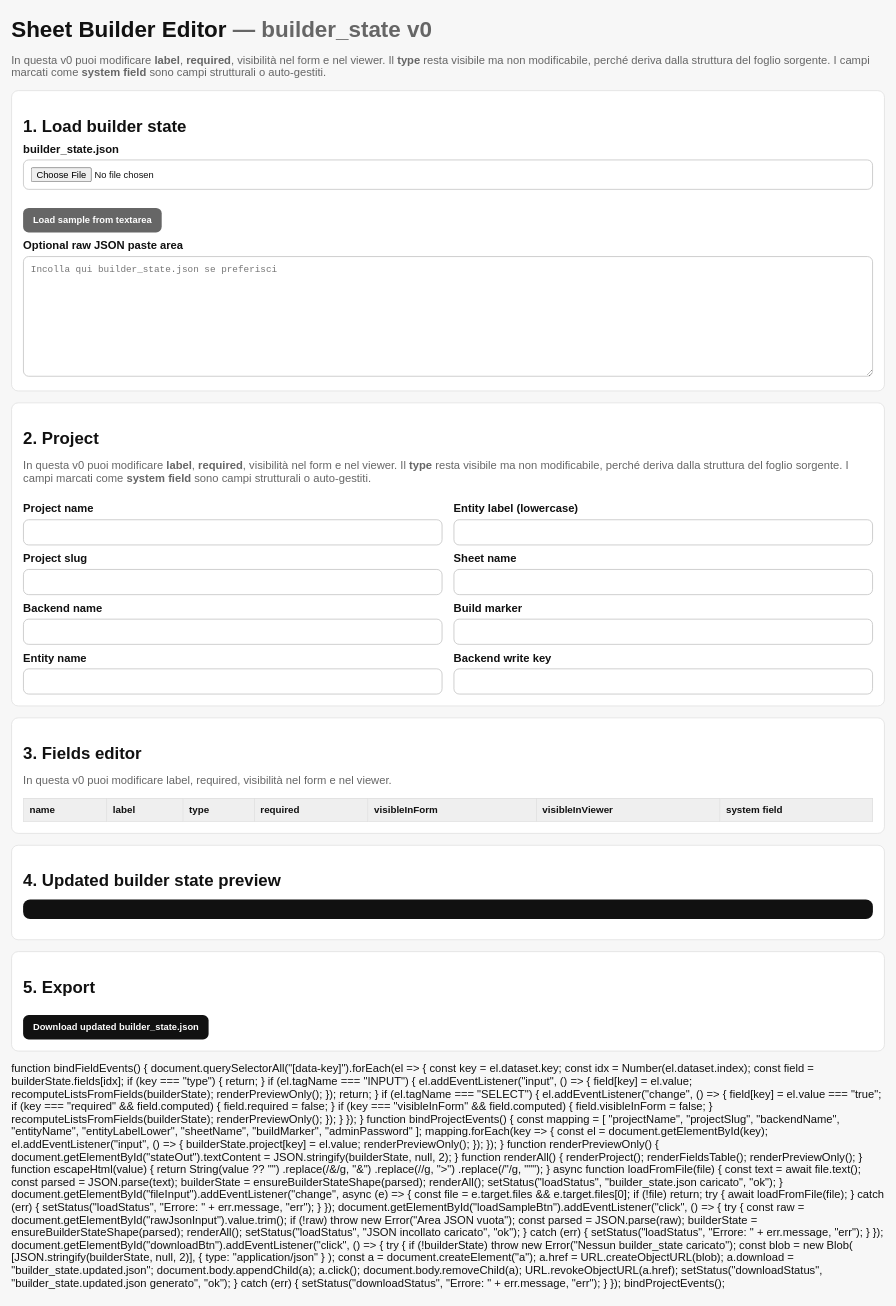
Repository: progettazionemauro/sheets.builder
Page: docs/builder.html
The author's editor kept a copy of each file at every save. The page is drawn from the files as they stood at one save, then again after a run of saves.
The browser window is 1280 px wide. The pictures show the whole page, at 70% of full size.

Above is the page before, as saved 2026-04-13 19:50:25.
Console error: SyntaxError: Unexpected token '<'

### docs/builder.html
<!doctype html>
<html lang="it">
<head>
  <meta charset="utf-8" />
  <meta name="viewport" content="width=device-width, initial-scale=1" />
  <title>Sheet Builder Editor</title>
  <style>
    body {
      font-family: Arial, sans-serif;
      max-width: 1280px;
      margin: 24px auto;
      padding: 0 16px;
      background: #f7f7f7;
      color: #111;
    }

    h1, h2, h3 {
      margin-bottom: 8px;
    }

    .muted {
      color: #666;
    }

    .card {
      background: #fff;
      border: 1px solid #ddd;
      border-radius: 10px;
      padding: 16px;
      margin: 16px 0;
    }

    label {
      display: block;
      margin: 10px 0 6px;
      font-weight: bold;
    }

    input, textarea, select {
      width: 100%;
      box-sizing: border-box;
      padding: 10px;
      border: 1px solid #bbb;
      border-radius: 8px;
      background: #fff;
    }

    button {
      margin-top: 14px;
      padding: 10px 14px;
      border: 0;
      border-radius: 8px;
      background: #111;
      color: #fff;
      font-weight: bold;
      cursor: pointer;
    }

    button.secondary {
      background: #666;
    }

    button:disabled {
      opacity: .6;
      cursor: not-allowed;
    }

    .grid {
      display: grid;
      grid-template-columns: 1fr 1fr;
      gap: 16px;
    }

    .actions {
      display: flex;
      gap: 10px;
      flex-wrap: wrap;
      margin-top: 12px;
      align-items: center;
    }

    pre {
      background: #111;
      color: #d8ffd8;
      padding: 14px;
      border-radius: 10px;
      overflow: auto;
      white-space: pre-wrap;
    }

    table {
      width: 100%;
      border-collapse: collapse;
      margin-top: 10px;
      background: #fff;
    }

    th, td {
      border: 1px solid #ddd;
      padding: 8px;
      font-size: 14px;
      text-align: left;
      vertical-align: top;
    }

    th {
      background: #efefef;
    }

    .readonly-cell {
      background: #f3f3f3;
      color: #666;
    }

    .tiny {
      font-size: 12px;
      color: #666;
      line-height: 1.4;
    }

    .ok {
      color: #0a6;
      font-weight: bold;
    }

    .err {
      color: #b00;
      font-weight: bold;
    }
  </style>
</head>
<body>

  <h1>Sheet Builder Editor <span class="muted">— builder_state v0</span></h1>
  <p class="muted">
  In questa v0 puoi modificare <b>label</b>, <b>required</b>, visibilità nel form e nel viewer.
  Il <b>type</b> resta visibile ma non modificabile, perché deriva dalla struttura del foglio sorgente.
  I campi marcati come <b>system field</b> sono campi strutturali o auto-gestiti.
</p>

  <div class="card">
    <h2>1. Load builder state</h2>

    <label for="fileInput">builder_state.json</label>
    <input id="fileInput" type="file" accept=".json,application/json" />

    <div class="actions">
      <button id="loadSampleBtn" type="button" class="secondary">Load sample from textarea</button>
      <span id="loadStatus" class="muted"></span>
    </div>

    <label for="rawJsonInput">Optional raw JSON paste area</label>
    <textarea id="rawJsonInput" rows="10" placeholder='Incolla qui builder_state.json se preferisci'></textarea>
  </div>

    <div class="card">
    <h2>2. Project</h2>
        <p class="muted">
      In questa v0 puoi modificare <b>label</b>, <b>required</b>, visibilità nel form e nel viewer.
      Il <b>type</b> resta visibile ma non modificabile, perché deriva dalla struttura del foglio sorgente.
      I campi marcati come <b>system field</b> sono campi strutturali o auto-gestiti.
    </p>

    <div class="grid">
      <div>
        <label for="projectName">Project name</label>
        <input id="projectName" />

        <label for="projectSlug">Project slug</label>
        <input id="projectSlug" />

        <label for="backendName">Backend name</label>
        <input id="backendName" />

        <label for="entityName">Entity name</label>
        <input id="entityName" />
      </div>

      <div>
        <label for="entityLabelLower">Entity label (lowercase)</label>
        <input id="entityLabelLower" />

        <label for="sheetName">Sheet name</label>
        <input id="sheetName" />

        <label for="buildMarker">Build marker</label>
        <input id="buildMarker" />

        <label for="adminPassword">Backend write key</label>
        <input id="adminPassword" />
      </div>
    </div>
  </div>

  <div class="card">
    <h2>3. Fields editor</h2>
    <p class="muted">
      In questa v0 puoi modificare label, required, visibilità nel form e nel viewer.
    </p>

        <table id="fieldsTable">
      <thead>
        <tr>
          <th>name</th>
          <th>label</th>
          <th>type</th>
          <th>required</th>
          <th>visibleInForm</th>
          <th>visibleInViewer</th>
          <th>system field</th>
        </tr>
      </thead>
      <tbody></tbody>
    </table>
  </div>

  <div class="card">
    <h2>4. Updated builder state preview</h2>
    <pre id="stateOut"></pre>
  </div>

  <div class="card">
    <h2>5. Export</h2>
    <div class="actions">
      <button id="downloadBtn" type="button">Download updated builder_state.json</button>
      <span id="downloadStatus" class="muted"></span>
    </div>
  </div>

<script>
  let builderState = null;

  function setStatus(id, msg, cls = "muted") {
    const el = document.getElementById(id);
    el.textContent = msg;
    el.className = cls;
  }

  function deepClone(obj) {
    return JSON.parse(JSON.stringify(obj));
  }

  function normalizeBool(value) {
    return value === true;
  }

  function ensureBuilderStateShape(state) {
    if (!state || typeof state !== "object") {
      throw new Error("JSON non valido: root non oggetto");
    }

    if (!state.project || typeof state.project !== "object") {
      state.project = {};
    }

    if (!Array.isArray(state.fields)) {
      state.fields = [];
    }

    if (!state.constraints || typeof state.constraints !== "object") {
      state.constraints = {};
    }

    if (!state.enums || typeof state.enums !== "object") {
      state.enums = {};
    }

    if (!state.enumStyles || typeof state.enumStyles !== "object") {
      state.enumStyles = {};
    }

    if (!state.lists || typeof state.lists !== "object") {
      state.lists = {};
    }

    if (!state.options || typeof state.options !== "object") {
      state.options = {};
    }

    state.fields = state.fields.map(field => {
      const f = { ...field };
      f.name = String(f.name || "").trim();
      f.label = String(f.label || f.name || "").trim();
      f.type = String(f.type || "string").trim();
      f.required = normalizeBool(f.required);
      f.computed = normalizeBool(f.computed);
      f.visibleInForm = normalizeBool(f.visibleInForm);
      f.visibleInViewer = normalizeBool(f.visibleInViewer);
      f.locked = normalizeBool(f.locked);
      if (!Array.isArray(f.enumValues)) f.enumValues = [];
      return f;
    });

    recomputeListsFromFields(state);
    return state;
  }

  function recomputeListsFromFields(state) {
    const headers = [];
    const requiredOnInsert = [];
    const optionalOnInsert = [];
    const computed = [];
    const visibleInForm = [];
    const visibleInViewer = [];
    const enums = {};
    const enumStyles = state.enumStyles || {};

    for (const field of state.fields) {
      headers.push(field.name);

      if (field.computed) {
        computed.push(field.name);
      } else if (field.required) {
        requiredOnInsert.push(field.name);
      } else {
        optionalOnInsert.push(field.name);
      }

      if (field.visibleInForm) {
        visibleInForm.push(field.name);
      }

      if (field.visibleInViewer) {
        visibleInViewer.push(field.name);
      }

      if (field.type === "enum" && Array.isArray(field.enumValues) && field.enumValues.length) {
        enums[field.name] = field.enumValues.slice();
      }

      if (field.type === "enum" && enumStyles[field.name] && !field.enumStyles) {
        field.enumStyles = enumStyles[field.name];
      }
    }

    state.enums = enums;
    state.lists = {
      headers,
      requiredOnInsert,
      optionalOnInsert,
      computed,
      visibleInForm,
      visibleInViewer
    };
  }

  function renderProject() {
    const p = builderState.project || {};
    document.getElementById("projectName").value = p.projectName || "";
    document.getElementById("projectSlug").value = p.projectSlug || "";
    document.getElementById("backendName").value = p.backendName || "";
    document.getElementById("entityName").value = p.entityName || "";
    document.getElementById("entityLabelLower").value = p.entityLabelLower || "";
    document.getElementById("sheetName").value = p.sheetName || "";
    document.getElementById("buildMarker").value = p.buildMarker || "";
    document.getElementById("adminPassword").value = p.adminPassword || "";
  }

  <script>
  function renderFieldsTable() {
    const tbody = document.querySelector("#fieldsTable tbody");
    tbody.innerHTML = "";

    builderState.fields.forEach((field, idx) => {
      const tr = document.createElement("tr");

      tr.innerHTML = `
        <td class="${field.locked ? "readonly-cell" : ""}">
          <input data-key="name" data-index="${idx}" value="${escapeHtml(field.name)}" ${field.locked ? "readonly" : ""} />
        </td>
        <td>
          <input data-key="label" data-index="${idx}" value="${escapeHtml(field.label || "")}" />
        </td>
        <td class="readonly-cell">
          <input data-key="type" data-index="${idx}" value="${escapeHtml(field.type)}" readonly />
        </td>
        <td>
          <select data-key="required" data-index="${idx}" ${field.computed ? "disabled" : ""}>
            <option value="false" ${field.required ? "" : "selected"}>NO</option>
            <option value="true" ${field.required ? "selected" : ""}>YES</option>
          </select>
        </td>
        <td>
          <select data-key="visibleInForm" data-index="${idx}" ${field.computed ? "disabled" : ""}>
            <option value="false" ${field.visibleInForm ? "" : "selected"}>NO</option>
            <option value="true" ${field.visibleInForm ? "selected" : ""}>YES</option>
          </select>
        </td>
        <td>
          <select data-key="visibleInViewer" data-index="${idx}">
            <option value="false" ${field.visibleInViewer ? "" : "selected"}>NO</option>
            <option value="true" ${field.visibleInViewer ? "selected" : ""}>YES</option>
          </select>
        </td>
        <td class="readonly-cell">${field.locked ? "YES" : "NO"}</td>
      `;

      tbody.appendChild(tr);
    });

    bindFieldEvents();
  }
</script>

    function bindFieldEvents() {
    document.querySelectorAll("[data-key]").forEach(el => {
      const key = el.dataset.key;
      const idx = Number(el.dataset.index);
      const field = builderState.fields[idx];

      if (key === "type") {
        return;
      }

      if (el.tagName === "INPUT") {
        el.addEventListener("input", () => {
          field[key] = el.value;
          recomputeListsFromFields(builderState);
          renderPreviewOnly();
        });
        return;
      }

      if (el.tagName === "SELECT") {
        el.addEventListener("change", () => {
          field[key] = el.value === "true";

          if (key === "required" && field.computed) {
            field.required = false;
          }

          if (key === "visibleInForm" && field.computed) {
            field.visibleInForm = false;
          }

          recomputeListsFromFields(builderState);
          renderPreviewOnly();
        });
      }
    });
  }

  function bindProjectEvents() {
    const mapping = [
      "projectName",
      "projectSlug",
      "backendName",
      "entityName",
      "entityLabelLower",
      "sheetName",
      "buildMarker",
      "adminPassword"
    ];

    mapping.forEach(key => {
      const el = document.getElementById(key);
      el.addEventListener("input", () => {
        builderState.project[key] = el.value;
        renderPreviewOnly();
      });
    });
  }

  function renderPreviewOnly() {
    document.getElementById("stateOut").textContent =
      JSON.stringify(builderState, null, 2);
  }

  function renderAll() {
    renderProject();
    renderFieldsTable();
    renderPreviewOnly();
  }

  function escapeHtml(value) {
    return String(value ?? "")
      .replace(/&/g, "&amp;")
      .replace(/</g, "&lt;")
      .replace(/>/g, "&gt;")
      .replace(/"/g, "&quot;");
  }

  async function loadFromFile(file) {
    const text = await file.text();
    const parsed = JSON.parse(text);
    builderState = ensureBuilderStateShape(parsed);
    renderAll();
    setStatus("loadStatus", "builder_state.json caricato", "ok");
  }

  document.getElementById("fileInput").addEventListener("change", async (e) => {
    const file = e.target.files && e.target.files[0];
    if (!file) return;

    try {
      await loadFromFile(file);
    } catch (err) {
      setStatus("loadStatus", "Errore: " + err.message, "err");
    }
  });

  document.getElementById("loadSampleBtn").addEventListener("click", () => {
    try {
      const raw = document.getElementById("rawJsonInput").value.trim();
      if (!raw) throw new Error("Area JSON vuota");

      const parsed = JSON.parse(raw);
      builderState = ensureBuilderStateShape(parsed);
      renderAll();
      setStatus("loadStatus", "JSON incollato caricato", "ok");
    } catch (err) {
      setStatus("loadStatus", "Errore: " + err.message, "err");
    }
  });

  document.getElementById("downloadBtn").addEventListener("click", () => {
    try {
      if (!builderState) throw new Error("Nessun builder_state caricato");

      const blob = new Blob(
        [JSON.stringify(builderState, null, 2)],
        { type: "application/json" }
      );

      const a = document.createElement("a");
      a.href = URL.createObjectURL(blob);
      a.download = "builder_state.updated.json";
      document.body.appendChild(a);
      a.click();
      document.body.removeChild(a);
      URL.revokeObjectURL(a.href);

      setStatus("downloadStatus", "builder_state.updated.json generato", "ok");
    } catch (err) {
      setStatus("downloadStatus", "Errore: " + err.message, "err");
    }
  });

  bindProjectEvents();
</script>

</body>
</html>

After the next 2 saves:
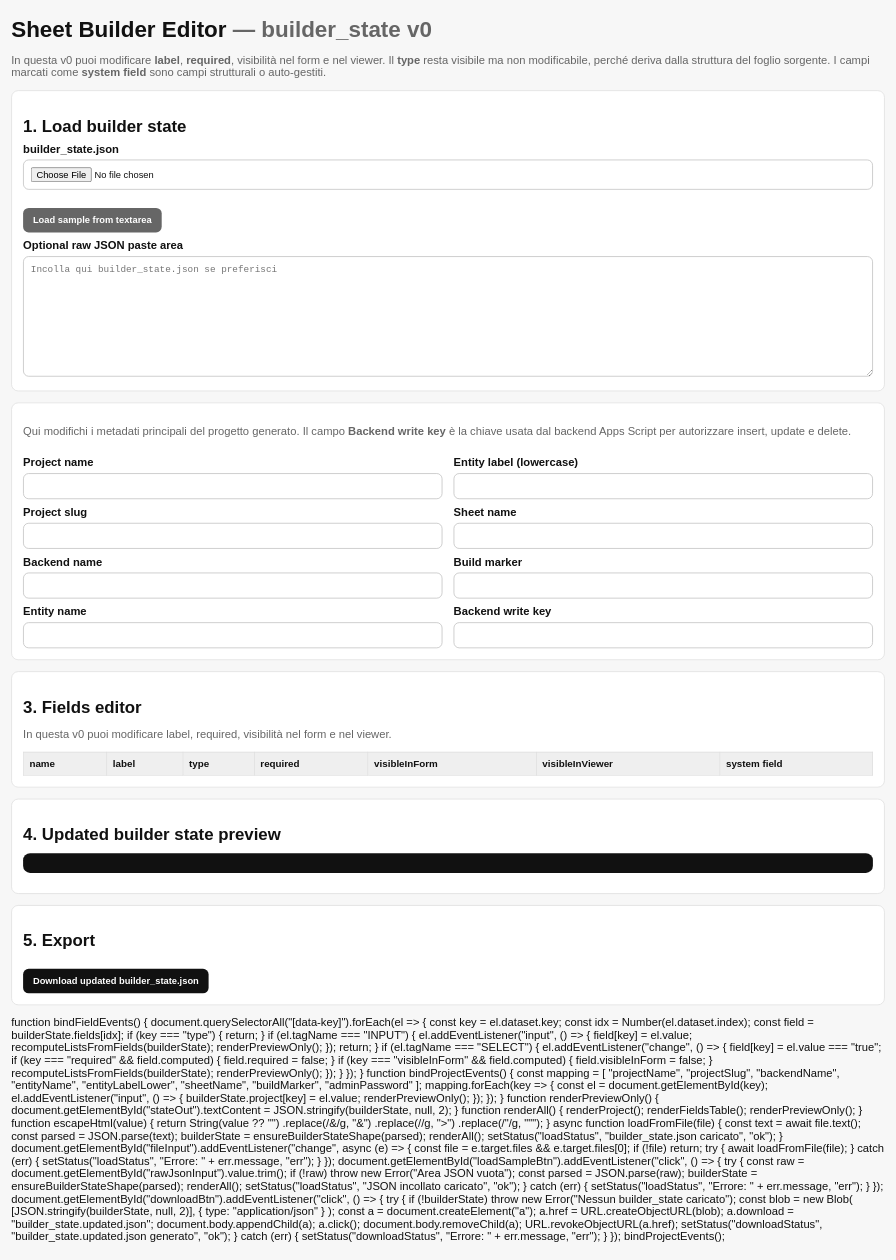
The 2 saves are shown as one change because they came seconds apart.
The last was saved 34 s later.
--- a/docs/builder.html
+++ b/docs/builder.html
@@ -154,12 +154,10 @@
   </div>
 
     <div class="card">
-    <h2>2. Project</h2>
-        <p class="muted">
-      In questa v0 puoi modificare <b>label</b>, <b>required</b>, visibilità nel form e nel viewer.
-      Il <b>type</b> resta visibile ma non modificabile, perché deriva dalla struttura del foglio sorgente.
-      I campi marcati come <b>system field</b> sono campi strutturali o auto-gestiti.
-    </p>
+    <p class="muted">
+  Qui modifichi i metadati principali del progetto generato. Il campo <b>Backend write key</b>
+  è la chiave usata dal backend Apps Script per autorizzare insert, update e delete.
+</p>
 
     <div class="grid">
       <div>

After the save that followed:
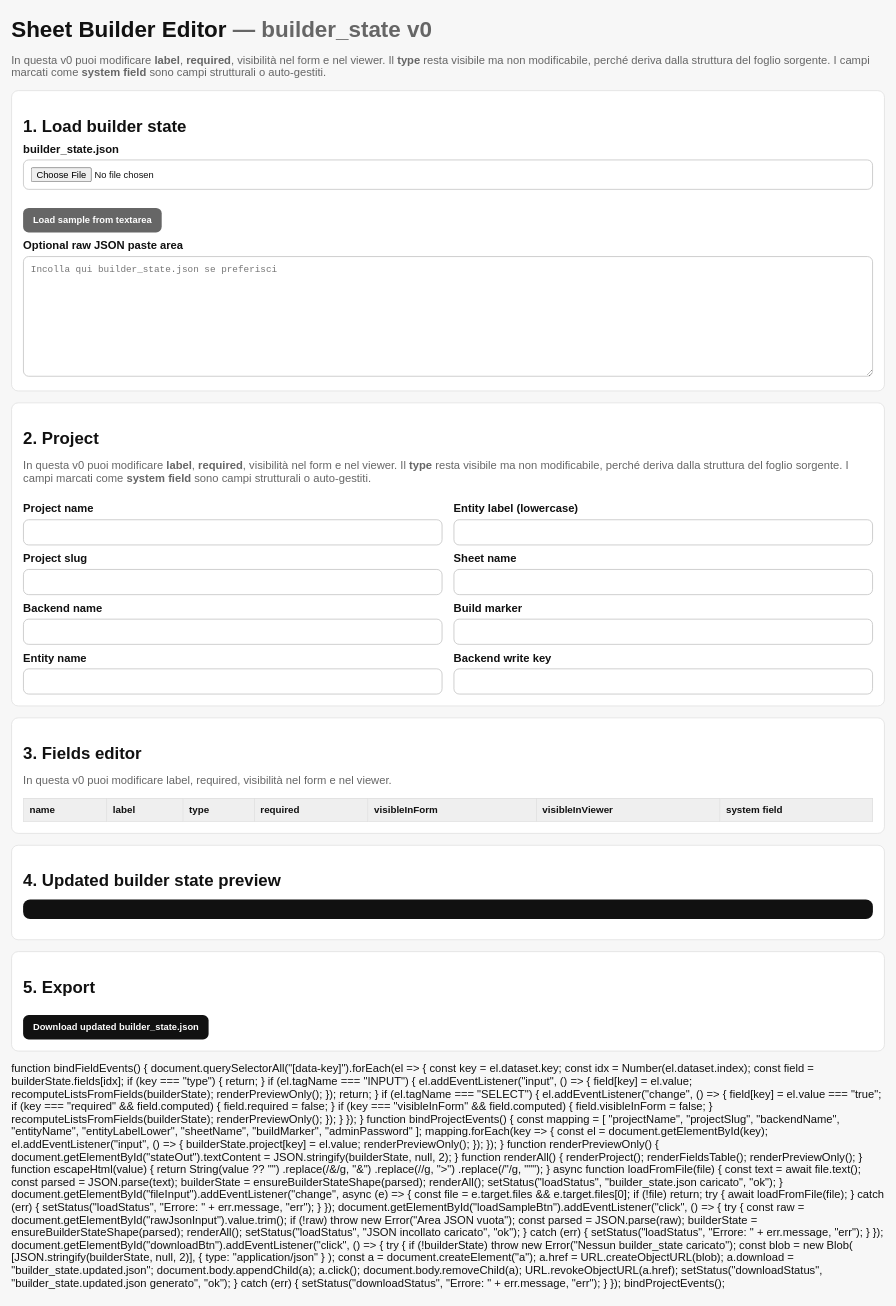
Saved 7 s later.
--- a/docs/builder.html
+++ b/docs/builder.html
@@ -154,10 +154,12 @@
   </div>
 
     <div class="card">
-    <p class="muted">
-  Qui modifichi i metadati principali del progetto generato. Il campo <b>Backend write key</b>
-  è la chiave usata dal backend Apps Script per autorizzare insert, update e delete.
-</p>
+    <h2>2. Project</h2>
+        <p class="muted">
+      In questa v0 puoi modificare <b>label</b>, <b>required</b>, visibilità nel form e nel viewer.
+      Il <b>type</b> resta visibile ma non modificabile, perché deriva dalla struttura del foglio sorgente.
+      I campi marcati come <b>system field</b> sono campi strutturali o auto-gestiti.
+    </p>
 
     <div class="grid">
       <div>
